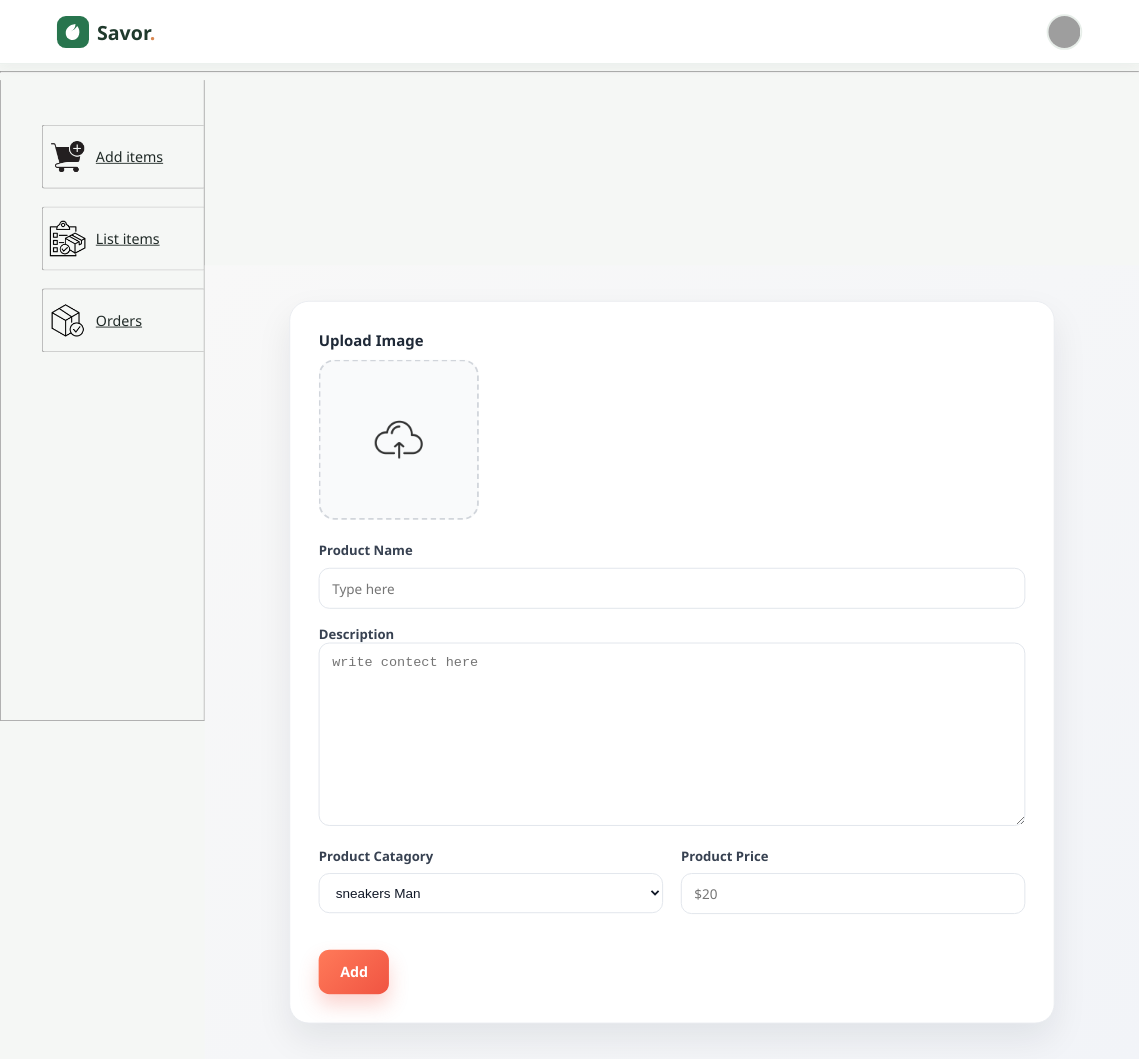
Repository: prince44991/Ecommerce-Project-Full-Stack
Page: /Additem (app in admin/my-react-app/)
These files come from the project's save history. The page is drawn as it stood at one moment and after the next save; the edit follows.
The browser window is 1280 px wide. The pictures show the whole page, at 89% of full size.
Pictures or frames that could not be fetched are drawn as grey boxes. The project was rebuilt for these pictures with package versions that can differ from the ones it lists, and the page was loaded fresh each time. Also part of the build but not shown: admin/my-react-app/vite.config.js, admin/my-react-app/src/pages/Order/Order.jsx, admin/my-react-app/src/pages/List/List.jsx.

Above is the page before, as saved 2026-09-29 21:19:56.

After the next save:
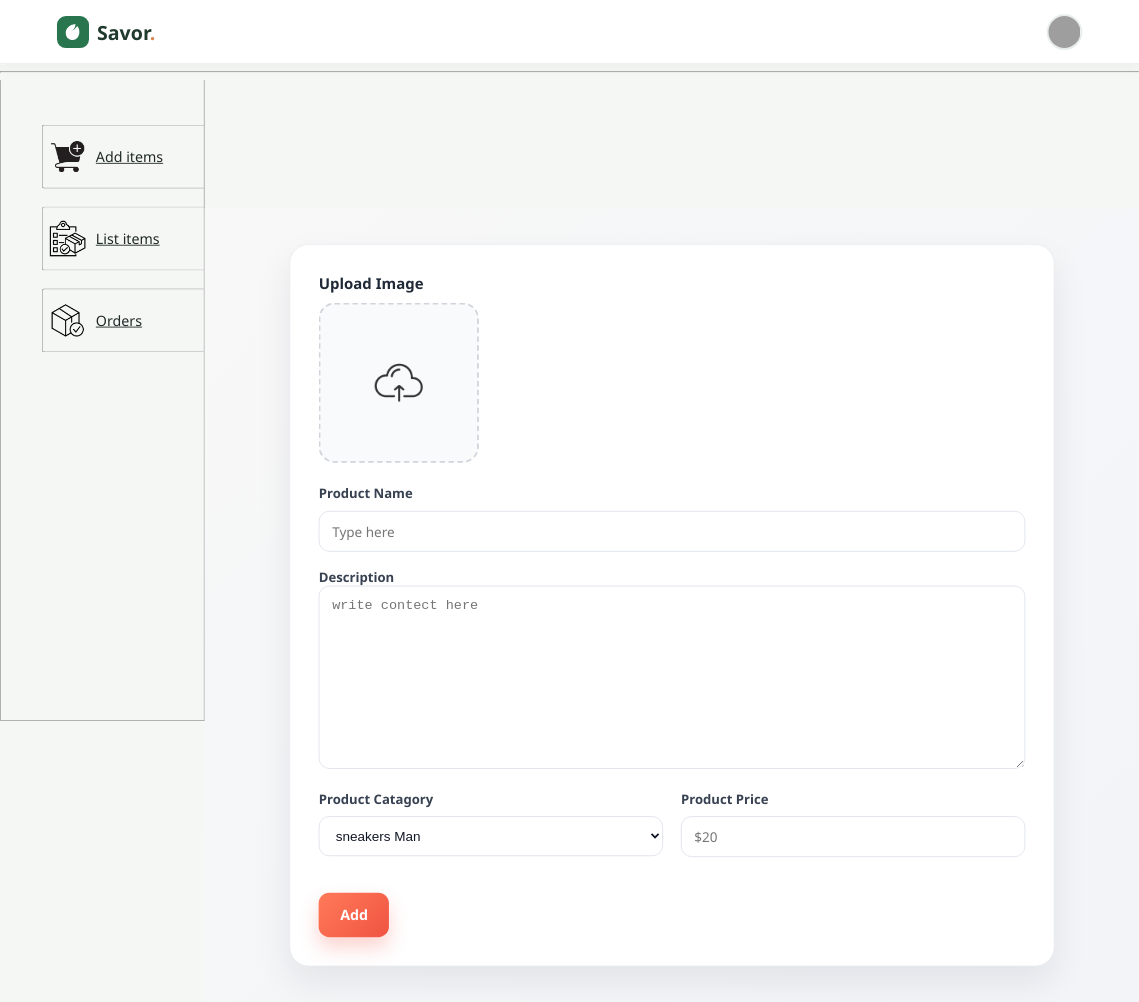
Saved 6 s later.
--- a/admin/my-react-app/src/pages/Add/Add.css
+++ b/admin/my-react-app/src/pages/Add/Add.css
@@ -5,7 +5,7 @@
   padding: 40px 20px;
   background: linear-gradient(135deg, #f8f8f8 0%, #f2f4f8 100%);
   min-height: calc(100vh - 80px);
-  margin-top:-40vw;
+  margin-top:-45vw;
   margin-left: 18vw;
 }
 
